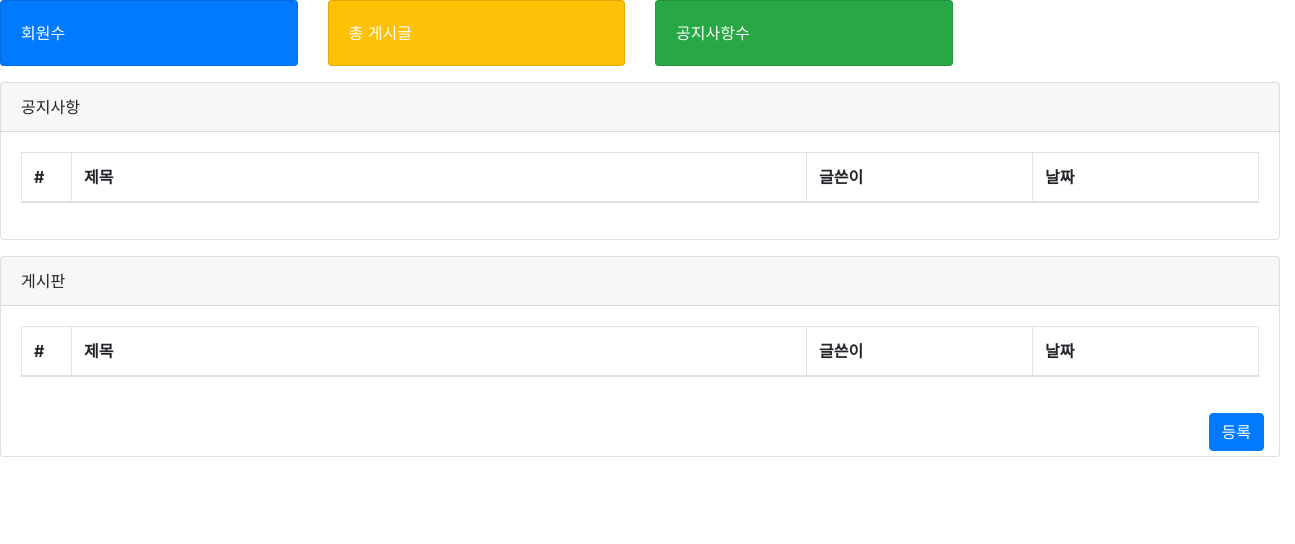
Repository: asa1374/eGovBoardDev
Page: http://localhost/dev/WEB-INF/jsp/user/admin/deletelist.jsp
An editor plug-in stored every save of this project. The page is shown before and after the next save, followed by the edit.
The browser window is 1280 px wide. The page is 1295 px wide, so the pictures cover 1295 px, including what lies to the right of the window. The pictures show the whole page.
The page is served by Tomcat 9. Nobody is signed in. Other server files are loaded and not shown. The template is opened directly, without the code that normally fills it, so the values that code supplies are empty.

Above is the page before, as saved 2019-09-05 06:59:58.

### dev/src/main/webapp/WEB-INF/jsp/user/admin/deletelist.jsp
<%@ page language="java" contentType="text/html; charset=UTF-8" pageEncoding="UTF-8" trimDirectiveWhitespaces="true"%>
<%@ taglib prefix="c" uri="http://java.sun.com/jsp/jstl/core"%>
<%@ taglib prefix="ethree" uri="/WEB-INF/tld/ethree.tld"%>
<!DOCTYPE html>
<html lang="kr">

<head>

  <meta charset="utf-8">
  <meta http-equiv="X-UA-Compatible" content="IE=edge">
  <meta name="viewport" content="width=device-width, initial-scale=1, shrink-to-fit=no">
  <meta name="description" content="">
  <meta name="author" content="">

  <title>게시판 만들기</title>

  <!-- Custom styles for this template-->
  <link href="assets/css/common/sb-admin.css" rel="stylesheet">

</head>
<body>
		<!-- 관리자한테만 보여주기 -->
 <div class="row">
  <div class="col-xl-3 col-sm-6 mb-3">
    <div class="card text-white bg-primary o-hidden h-100">
      <div class="card-body">
        <div class="card-body-icon">
          <i class="fas fa-fw fa-comments"></i>
        </div>
        <div class="mr-5">회원수</div>
      </div>
    </div>
  </div>
  <div class="col-xl-3 col-sm-6 mb-3">
    <div class="card text-white bg-warning o-hidden h-100">
      <div class="card-body">
        <div class="card-body-icon">
          <i class="fas fa-fw fa-list"></i>
        </div>
        <div class="mr-5">총 게시글</div>
      </div>
    </div>
  </div>
  <div class="col-xl-3 col-sm-6 mb-3">
    <div class="card text-white bg-success o-hidden h-100">
      <div class="card-body">
        <div class="card-body-icon">
          <i class="fas fa-fw fa-shopping-cart"></i>
        </div>
        <div class="mr-5">공지사항수</div>
      </div>
    </div>
  </div>
</div>
<div class="card mb-3">
	<div class="card-header">
	  <i class="fas fa-table"></i>
	  	공지사항
	</div>
	<div class="card-body">
	  <div class="table-responsive">
	    <table class="table table-bordered" id="dataTable" width="100%" cellspacing="0">
	      <thead>
	        <tr>
	          <th style="width: 50px;">#</th>
	          <th>제목</th>
	          <th style="width: 226px;">글쓴이</th>
	     	  <th style="width: 226px;">날짜</th>
	        </tr>
	      </thead>
	      <tbody>
         	<c:forEach var="row" items="${boardDataNoticeListVO.list}" varStatus="status">
				<tr>
					<td scope="row">${row.boardSeq}</td>
					<td>
						<a href="/user/boardNotice.do?seq=${row.boardSeq}">${row.boardTitle}</a>
					</td>
					<td>${row.userId}</td>
					<td>${row.boardDate}</td>
				</tr>
			</c:forEach>
	      </tbody>
	    </table>
	  </div>
	</div>
	<c:if test="${auth eq 'A' }">
		<div style="text-align: right;">
			<a href="#" class="btn btn-primary" style="margin-right: 15px; margin-bottom: 5px;">등록</a>
		</div>
	</c:if>

 </div>
<div class="card mb-3">
	<div class="card-header">
	  <i class="fas fa-table"></i>
	  	게시판
	</div>
	<div class="card-body">
	  <div class="table-responsive">
	  <input type="hidden" id="pageIndex" name="pageIndex" value="${paramMap.pageIndex}" />
	    <table class="table table-bordered" id="dataTable" width="100%" cellspacing="0">
	      <thead>
	        <tr>
	          <th style="width: 50px;">#</th>
	          <th>제목</th>
	          <th style="width: 226px;">글쓴이</th>
	     	  <th style="width: 226px;">날짜</th>
	        </tr>
	      </thead>
	      <tbody>
         	<c:forEach var="row" items="${boardDataListVO.list}" varStatus="status">
				<tr>
					<td scope="row">${row.boardSeq}</td>
					<td>
						<a href="/user/board/detail.do?seq=${row.boardSeq}">${row.boardTitle}</a>
					</td>
					<td>${row.userId}</td>
					<td>${row.boardDate}</td>
				</tr>
			</c:forEach>
	      </tbody>
	    </table>
	  </div>
	</div>
	<div style="text-align: right;">
		<a href="/user/board/write.do" class="btn btn-primary" style="margin-right: 15px; margin-bottom: 5px;">등록</a>
	</div>
	<div style="text-align: center; letter-spacing: 5px;">
		<ethree:paging listHelperVO="${boardDataListVO}" />
	</div>
 </div>
</body>
</html>

### dev/src/main/java/kr/co/ethree/dev/common/tag/PagingTag.java
package kr.co.ethree.dev.common.tag;

import java.io.IOException;

import javax.servlet.jsp.JspException;
import javax.servlet.jsp.tagext.SimpleTagSupport;

import kr.co.ethree.dev.common.model.ListHelperVO;

public class PagingTag extends SimpleTagSupport {

	private ListHelperVO listHelperVO = null;

	private int totalCount = 0;
	private int pageIndex = 1;

	private int cntPerPage = 10;
	private int cntPerblock = 10;

	private String jsFunction = null;

	public ListHelperVO getListHelperVO() {
		return listHelperVO;
	}

	public void setListHelperVO(ListHelperVO listHelperVO) {
		this.listHelperVO = listHelperVO;
	}

	public int getTotalCount() {
		return totalCount;
	}

	public void setTotalCount(int totalCount) {
		this.totalCount = totalCount;
	}

	public void setTotalCount(String totalCount) {

		if (totalCount == null || totalCount.length() == 0) {
			totalCount = "0";
		}

		this.totalCount = Integer.parseInt(totalCount);
	}

	public int getPageIndex() {
		return pageIndex;
	}

	public void setPageIndex(int pageIndex) {
		this.pageIndex = pageIndex;
	}

	public void setPageIndex(String pageIndex) {

		if (pageIndex == null || pageIndex.length() == 0) {
			pageIndex = "1";
		}

		this.pageIndex = Integer.parseInt(pageIndex);
	}

	public int getCntPerPage() {
		return cntPerPage;
	}

	public void setCntPerPage(int cntPerPage) {
		this.cntPerPage = cntPerPage;
	}

	public void setCntPerPage(String cntPerPage) {

		if (cntPerPage == null || cntPerPage.length() == 0) {
			cntPerPage = "10";
		}

		this.cntPerPage = Integer.parseInt(cntPerPage);
	}

	public int getCntPerblock() {
		return cntPerblock;
	}

	public void setCntPerblock(int cntPerblock) {
		this.cntPerblock = cntPerblock;
	}

	public void setCntPerblock(String cntPerblock) {

		if (cntPerblock == null || cntPerblock.length() == 0) {
			cntPerblock = "10";
		}

		this.cntPerblock = Integer.parseInt(cntPerblock);
	}

	public String getJsFunction() {
		return jsFunction;
	}

	public void setJsFunction(String jsFunction) {

		if (this.listHelperVO == null) {
			jsFunction = "goPage";
		}

		this.jsFunction = jsFunction;
	}

	@Override
	public void doTag() throws JspException, IOException {

		int totalCount = this.totalCount;
		int pageIndex = this.pageIndex;
		int cntPerPage = this.cntPerPage;
		int cntPerblock = this.cntPerblock;

		if (this.listHelperVO != null) {
			totalCount = this.listHelperVO.getTotalCount();		// 전체 목록 수
			pageIndex = this.listHelperVO.getPageIndex(); 			// 현재 페이지 번호
			cntPerPage = this.listHelperVO.getCntPerPage(); 		// 페이징 표시 수
			cntPerblock = this.listHelperVO.getCntPerblock(); 	// 페이지당 목록 수
		}

		if (0 >= totalCount) {
			return;
		}

		StringBuffer paging = new StringBuffer();

		int totalPage = 0 == (totalCount - 1) ? 1 : (int) ((totalCount - 1) / cntPerPage) + 1;
		int currBlock = 0 == (pageIndex - 1) ? 1 : (int) ((pageIndex - 1) / cntPerblock) + 1;
		int totalBlock = 0 == (totalPage - 1) ? 1 : (int) ((totalPage - 1) / cntPerblock) + 1;
		int firstPage = ((currBlock - 1) * cntPerblock) + 1;
		int lastPage = currBlock * cntPerblock;

		if (firstPage == 0) {
			firstPage = 1;
		}

		if (totalBlock == currBlock) {
			lastPage = totalPage;
		}

		/**
		 * 맨앞으로 버튼
		 */
		if (pageIndex != 1 && firstPage > cntPerblock) {
			paging.append("<a href='javascript:").append(jsFunction).append("(").append(1).append(");' class='btn_first'>맨앞으로</a>");
		}

		/**
		 * 이전버튼
		 */
		if (firstPage > cntPerblock) {
			paging.append("<a href='javascript:").append(jsFunction).append("(").append(firstPage - 1).append(");' class='btn_prev'>이전</a>");
		}

		paging.append("<span>");

		/**
		 * 페이지 넘버링
		 */
		for (int i = firstPage; i <= lastPage; i++) {
			if (pageIndex == i) {
				paging.append("<strong><span>").append(i).append("</span></strong>");

			} else {
				if (this.listHelperVO != null && (this.jsFunction == null || this.jsFunction.length() == 0)) {

					String url = this.listHelperVO.getUrl();
					String urlParam = "?" + this.listHelperVO.getPageParamName() + "=" + i;

					if (this.listHelperVO.getUrlParam() != null && this.listHelperVO.getUrlParam().length() > 0) {
						urlParam += "&";
						urlParam += this.listHelperVO.getUrlParam();
					}

					paging.append("<a href='").append(url).append(urlParam).append("' class='btn_paging'>");
					paging.append("<span>").append(i).append("</span>");
					paging.append("</a>");

				} else {
					paging.append("<a href='javascript:").append(jsFunction).append("(").append(i).append(");' class='btn_paging'>");
					paging.append("<span>").append(i).append("</span>");
					paging.append("</a>");
				}
			}
		}

		paging.append("</span>");

		/**
		 * 다음 버튼
		 */
		if (totalPage > lastPage) {
			paging.append("<a href='javascript:").append(jsFunction).append("(").append(lastPage + 1).append(");' class='btn_next'>다음</a>");
		}

		/**
		 * 맨 뒤로 버튼
		 */
		if (totalPage > lastPage && pageIndex != totalPage) {
			paging.append("<a href='javascript:").append(jsFunction).append("(").append(totalPage).append(");' class='btn_last'>맨뒤로</a>");
		}

		getJspContext().getOut().write(paging.toString());
	}
}

### dev/src/main/java/kr/co/ethree/dev/common/model/ListHelperVO.java
package kr.co.ethree.dev.common.model;

import java.util.Enumeration;
import java.util.HashMap;
import java.util.List;
import java.util.Map;

import javax.servlet.http.HttpServletRequest;

import kr.co.ethree.dev.common.util.RequestUtil;

@SuppressWarnings({ "unchecked", "rawtypes" })
public class ListHelperVO {

	private String pageParamName = "pageIndex";

	private int totalCount = 0;
	private int pageIndex = 1;

	private int cntPerPage = 10;
	private int cntPerblock = 10;

	private int startRow = 0;

	private String btnType = "js";
	private String url = null;
	private String urlParam = null;

	private List list = null;
	private Map paramMap = null;

	public ListHelperVO() {
		this.paramMap = new HashMap();
	}

	public ListHelperVO(HttpServletRequest request) {

		this.btnType = "request";
		this.url = request.getRequestURI();
		this.urlParam = this.getQueryString(request);
		this.initListVO(RequestUtil.getRequestMap(request), this.cntPerPage);
	}

	public ListHelperVO(HttpServletRequest request, int cntPerPage) {

		this.btnType = "request";
		this.url = request.getRequestURI();
		this.urlParam = this.getQueryString(request);

		this.initListVO(RequestUtil.getRequestMap(request), cntPerPage);
	}

	public ListHelperVO(Map hMap) {
		this.initListVO(hMap, this.cntPerPage);
	}

	public ListHelperVO(Map hMap, int cntPerPage) {
		this.initListVO(hMap, cntPerPage);
	}

	private void initListVO(Map hMap, int cntPerPage) {

		if (this.paramMap == null) {
			this.paramMap = new HashMap();
		}

		this.paramMap.putAll(hMap);

		this.pageIndex = paramMap.get(this.pageParamName) != null ? Integer.valueOf(String.valueOf(paramMap.get(this.pageParamName))) : 1;
		this.cntPerPage = cntPerPage;

		this.startRow = cntPerPage * (pageIndex-1);

		this.paramMap.put("startRow", this.startRow);
		this.paramMap.put("pageIndex", this.pageIndex);
		this.paramMap.put("cntPerPage", this.cntPerPage);
	}

	public String getPageParamName() {
		return pageParamName;
	}

	public void setPageParamName(String pageParamName) {
		this.pageParamName = pageParamName;
	}

	public int getTotalCount() {
		return totalCount;
	}

	public void setTotalCount(int totalCount) {
		this.totalCount = totalCount;
	}

	public int getPageIndex() {
		return pageIndex;
	}

	public void setPageIndex(int pageIndex) {
		this.pageIndex = pageIndex;
	}

	public int getCntPerPage() {
		return cntPerPage;
	}

	public void setCntPerPage(int cntPerPage) {
		this.cntPerPage = cntPerPage;
	}

	public int getCntPerblock() {
		return cntPerblock;
	}

	public void setCntPerblock(int cntPerblock) {
		this.cntPerblock = cntPerblock;
	}

	public String getBtnType() {
		return btnType;
	}

	public void setBtnType(String btnType) {
		this.btnType = btnType;
	}

	public String getUrl() {
		return url;
	}

	public void setUrl(String url) {
		this.url = url;
	}

	public String getUrlParam() {
		return urlParam;
	}

	public void setUrlParam(String urlParam) {
		this.urlParam = urlParam;
	}

	public List getList() {
		return list;
	}

	public void setList(List list) {
		this.list = list;
	}

	public Map getParamMap() {
		return paramMap;
	}

	public void setParamMap(Map paramMap) {
		this.paramMap = paramMap;
	}

	public void setParamValue(String key, Object value) {

		if (value == null || value == "") {
			this.paramMap.put(key, null);
		}

		if (value instanceof Integer) {
			this.paramMap.put(key, Integer.parseInt(value.toString()));

		} else if (value instanceof Double) {
			this.paramMap.put(key, Double.parseDouble(value.toString()));

		} else if (value instanceof String) {
			this.paramMap.put(key, value.toString());

		} else {
			this.paramMap.put(key, value);
		}
	}

	public String getQueryString(HttpServletRequest request) {

		String parameters = "";

		if (request != null) {

			Enumeration requestParams = request.getParameterNames();

			while (requestParams.hasMoreElements()) {

				String paramName = (String) requestParams.nextElement();

				if (paramName == null || paramName.equals(pageParamName)) {
					continue;
				}

				String[] paramValueArr = request.getParameterValues(paramName);

				if (paramValueArr.length == 0) {
					continue;
				}

				for (int i = 0, len = paramValueArr.length; i < len; i++) {

					if (parameters != null && parameters.length() > 0) {
						parameters += "&";
					}

					parameters += paramName;
					parameters += "=";

					String value = paramValueArr[i];

					if (value != null && value.length() > 0) {
						value = value.replaceAll("<", "&lt;");
						value = value.replaceAll(">", "&gt;");

						parameters += value;
					}

				}

			}
		}

		return parameters;
	}

}

Loaded but not shown: dev/src/main/webapp/assets/css/common/sb-admin.css (library)

After the next save:
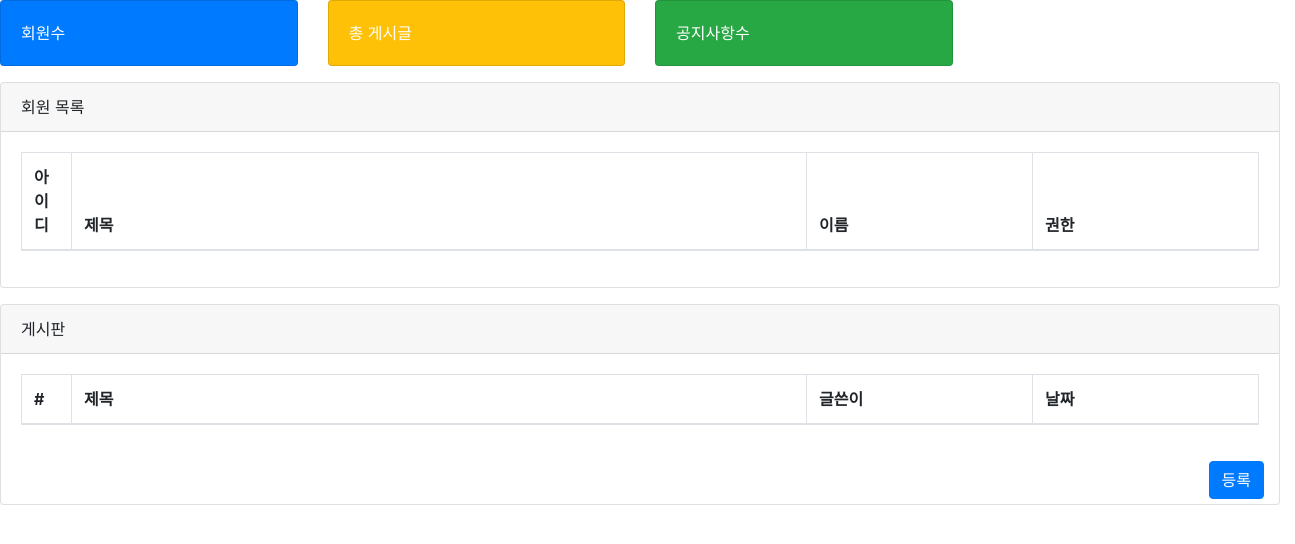
Saved 47 s later.
--- a/dev/src/main/webapp/WEB-INF/jsp/user/admin/deletelist.jsp
+++ b/dev/src/main/webapp/WEB-INF/jsp/user/admin/deletelist.jsp
@@ -55,17 +55,17 @@
 <div class="card mb-3">
 	<div class="card-header">
 	  <i class="fas fa-table"></i>
-	  	공지사항
+	  	회원 목록
 	</div>
 	<div class="card-body">
 	  <div class="table-responsive">
 	    <table class="table table-bordered" id="dataTable" width="100%" cellspacing="0">
 	      <thead>
 	        <tr>
-	          <th style="width: 50px;">#</th>
+	          <th style="width: 50px;">아이디</th>
 	          <th>제목</th>
-	          <th style="width: 226px;">글쓴이</th>
-	     	  <th style="width: 226px;">날짜</th>
+	          <th style="width: 226px;">이름</th>
+	     	  <th style="width: 226px;">권한</th>
 	        </tr>
 	      </thead>
 	      <tbody>
